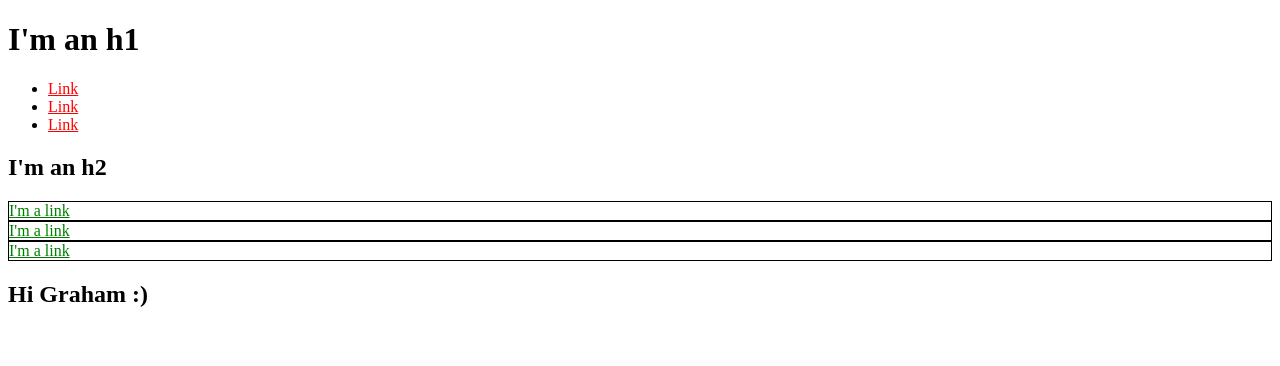
Repository: danielunsdorfer/danielunsdorfer.github.io
Page: index.html
The author's editor kept a record of every edit. The page is drawn from the files as they stood at one moment, then again after the next edit.
The browser window is 1280 px wide. The pictures show the whole page.

Above is the page before.

### index.html
<!DOCTYPE html>
<html>
  <head>
    <title>Test Page: Don't Panic</title>
    <meta charset="utf=8">
    <style>
      div {
        border: 1px solid black;
      }
    </style>
  </head>
  <body>
    <h1>I'm an h1</h1>
    <ul>
      <li>
        <a href="http://example.com" style="color: red;">Link</a>
      </li>
      <li>
        <a href="http://example.com" style="color: red;">Link</a>
      </li>
      <li>
        <a href="http://example.com" style="color: red;">Link</a>
      </li>
    </ul>
    <h2>I'm an h2</h2>
    <div>
      <a href="http://example.com" style="color: green;">I'm a link</a>
    </div>
    <div>
      <a href="http://example.com" style="color: green;">I'm a link</a>
    </div>
    <div>
      <a href="http://example.com" style="color: green;">I'm a link</a>
    </div>
    <h2>Hi Graham :)</h2>
  </body>
</html>

After the next edit:
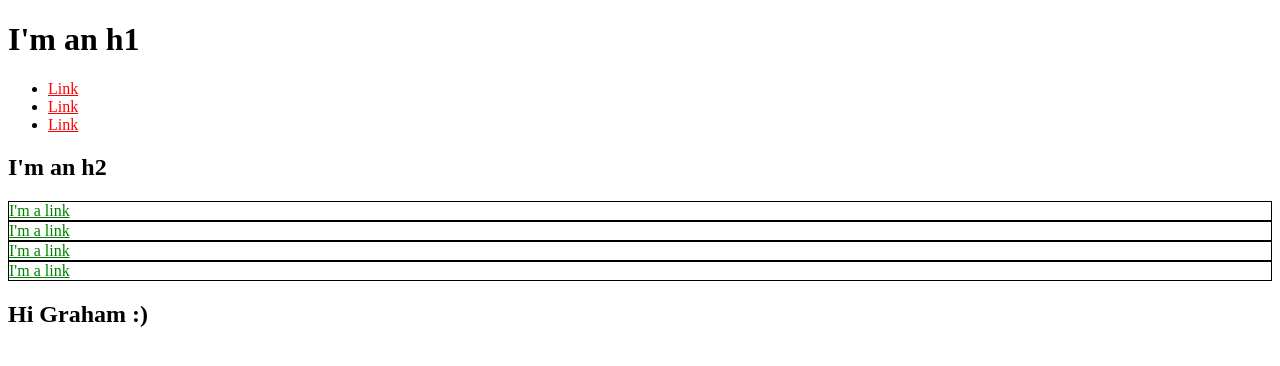
The edit:
--- a/index.html
+++ b/index.html
@@ -32,6 +32,9 @@
     <div>
       <a href="http://example.com" style="color: green;">I'm a link</a>
     </div>
+    <div>
+      <a href="http://example.com" style="color: green;">I'm a link</a>
+    </div>
     <h2>Hi Graham :)</h2>
   </body>
 </html>
